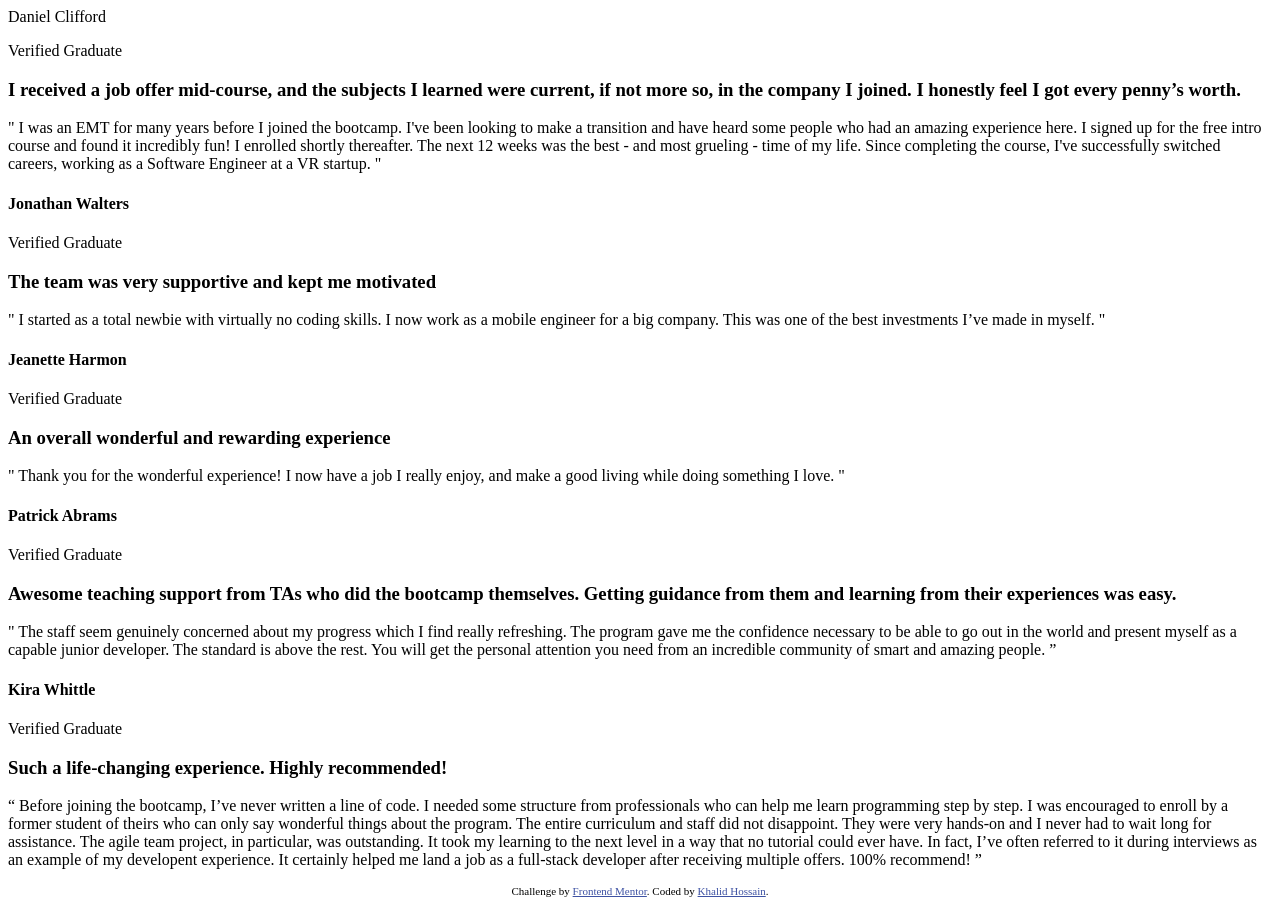
Repository: badhon252/Testimonials-Grid-Section
Page: index.html
These files come from the project's save history. The page is drawn as it stood at one moment and after a run of saves; the edit follows.
The browser window is 1280 px wide. The pictures show the whole page.

Above is the page before, as saved 2023-02-18 15:07:55.

### index.html
<!DOCTYPE html>
<html lang="en">

<head>
    <meta charset="UTF-8">
    <meta name="viewport" content="width=device-width, initial-scale=1.0">
    <!-- displays site properly based on user's device -->

    <link rel="icon" type="image/png" sizes="32x32" href="./images/favicon-32x32.png">

    <title>Frontend Mentor | [Challenge Name Here]</title>

    <!-- Feel free to remove these styles or customise in your own stylesheet 👍 -->
    <style>
        .attribution {
            font-size: 11px;
            text-align: center;
        }

        .attribution a {
            color: hsl(228, 45%, 44%);
        }
    </style>
</head>

<body>

    <div class="container">
        <div class="box box1">
            <div class="heading">

                <div>
                    <div class="name">Daniel Clifford</div>
                    <p>Verified Graduate</p>
                </div>
            </div>

            <h3>I received a job offer mid-course, and the subjects I learned were current, if not more so, in the company I joined. I honestly feel I got every penny’s worth.</h3>
            <p>" I was an EMT for many years before I joined the bootcamp. I've been looking to make a transition and have heard some people who had an amazing experience here. I signed up for the free intro course and found it incredibly fun! I enrolled
                shortly thereafter. The next 12 weeks was the best - and most grueling - time of my life. Since completing the course, I've successfully switched careers, working as a Software Engineer at a VR startup. "</p>
            <div class="box box2">
                <h4>Jonathan Walters</h4>
                <p>Verified Graduate</p>
                <h3>The team was very supportive and kept me motivated</h3>
                <p>" I started as a total newbie with virtually no coding skills. I now work as a mobile engineer for a big company. This was one of the best investments I’ve made in myself. "</p>
            </div>
            <div class="box box3">
                <h4>Jeanette Harmon</h4>
                <p>Verified Graduate</p>
                <h3>An overall wonderful and rewarding experience</h3>
                <p>" Thank you for the wonderful experience! I now have a job I really enjoy, and make a good living while doing something I love. "</p>
            </div>
            <div class="box box4">
                <h4>Patrick Abrams</h4>
                <p>Verified Graduate</p>
                <h3>Awesome teaching support from TAs who did the bootcamp themselves. Getting guidance from them and learning from their experiences was easy.</h3>
                <p>" The staff seem genuinely concerned about my progress which I find really refreshing. The program gave me the confidence necessary to be able to go out in the world and present myself as a capable junior developer. The standard is above
                    the rest. You will get the personal attention you need from an incredible community of smart and amazing people. ”</p>
            </div>
            <div class="box box5">
                <h4>Kira Whittle</h4>
                <p>Verified Graduate</p>
                <h3>Such a life-changing experience. Highly recommended!</h3>
                <p>“ Before joining the bootcamp, I’ve never written a line of code. I needed some structure from professionals who can help me learn programming step by step. I was encouraged to enroll by a former student of theirs who can only say wonderful
                    things about the program. The entire curriculum and staff did not disappoint. They were very hands-on and I never had to wait long for assistance. The agile team project, in particular, was outstanding. It took my learning to the next
                    level in a way that no tutorial could ever have. In fact, I’ve often referred to it during interviews as an example of my developent experience. It certainly helped me land a job as a full-stack developer after receiving multiple offers.
                    100% recommend! ”</p>
            </div>
        </div>



        <div class="attribution">
            Challenge by <a href="https://www.badhon252.me" target="_blank">Frontend Mentor</a>. Coded by <a href="#">Khalid
        Hossain</a>.
        </div>
</body>

</html>

After the next 2 saves:
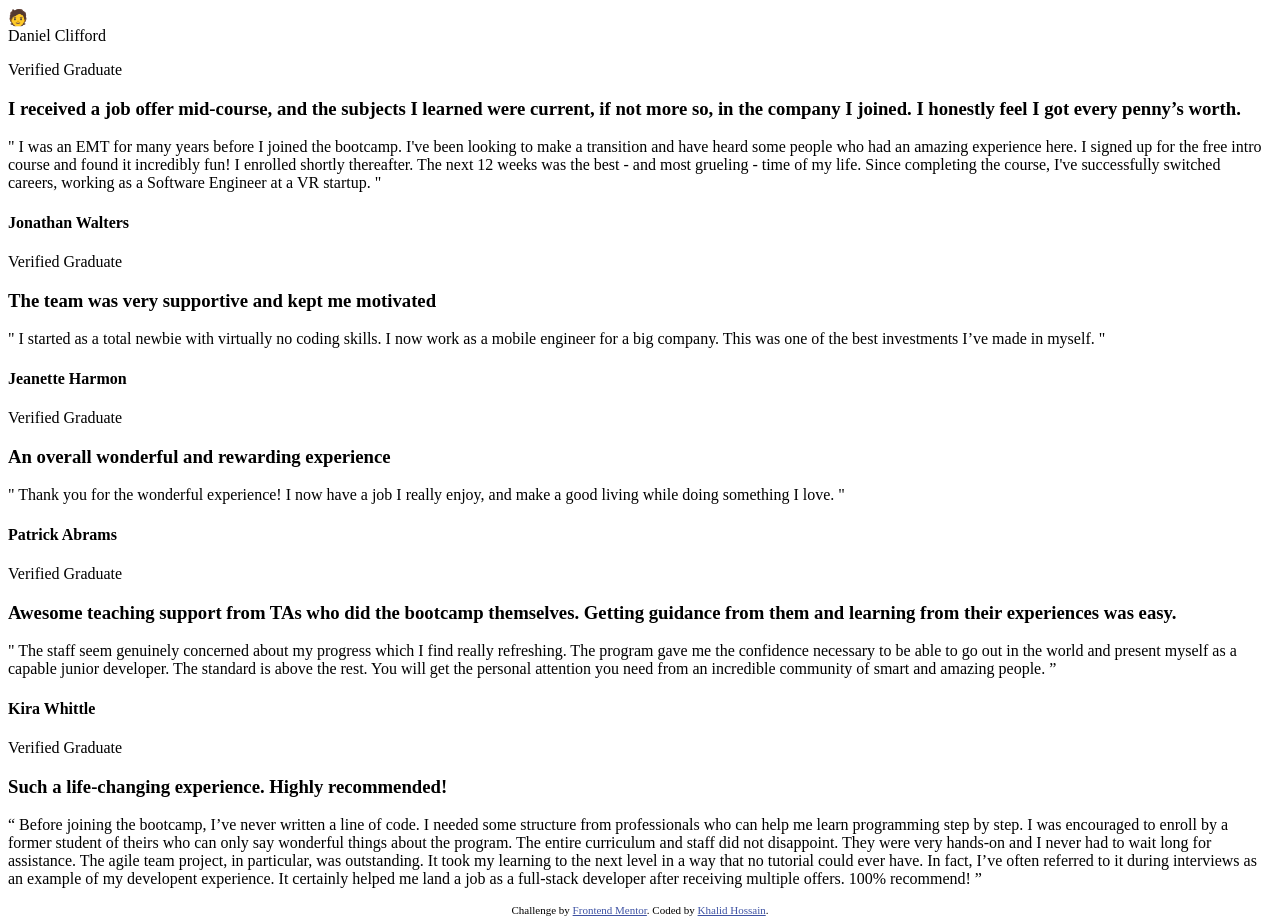
The 2 saves are shown as one change because they came seconds apart.
The last was saved 59 s later.
--- a/index.html
+++ b/index.html
@@ -28,7 +28,7 @@
     <div class="container">
         <div class="box box1">
             <div class="heading">
-
+                <span>🧑</span>
                 <div>
                     <div class="name">Daniel Clifford</div>
                     <p>Verified Graduate</p>
